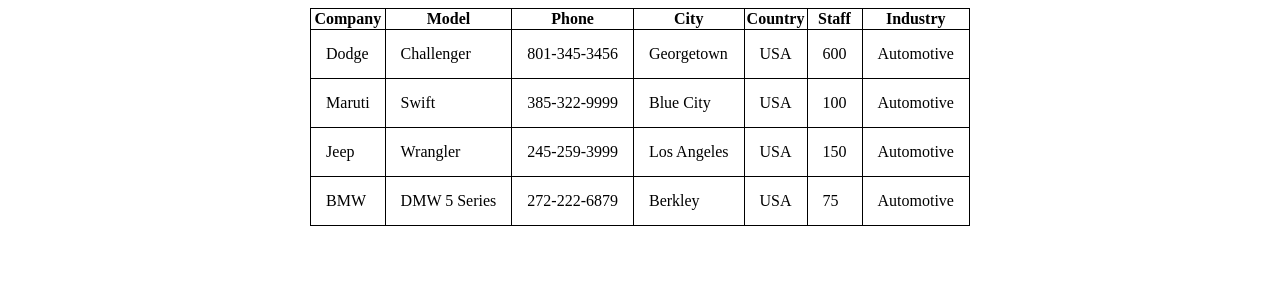
Repository: vgoins-RA2022/HTML-2
Page: index.html
The author's editor kept a copy of each file at every save. The page is drawn from the files as they stood at one save, then again after the next save.
The browser window is 1280 px wide. The pictures show the whole page.

Above is the page before, as saved 2023-01-21 22:38:26.

After the next save:
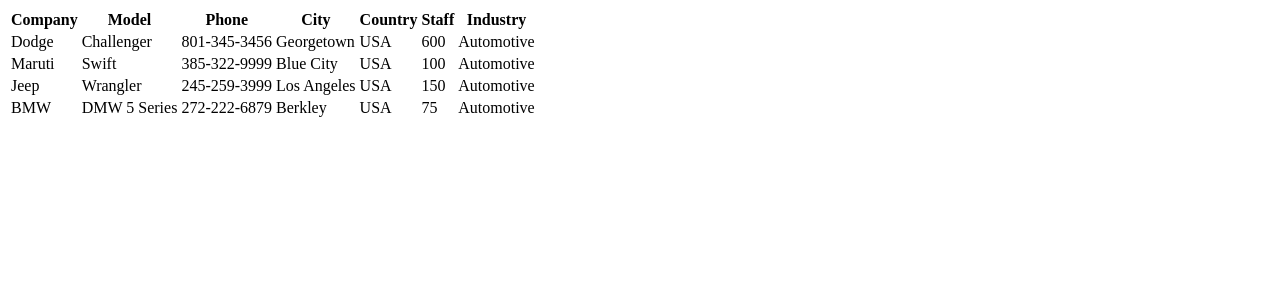
Not found: .src/css/Style.css
Saved 21 days later.
--- a/index.html
+++ b/index.html
@@ -4,7 +4,7 @@
 <head>
   <meta charset="UTF-8">
   <meta name="viewport" content="width=device-width, initial-scale=1">
-  <link rel="stylesheet" href="../HTML-2/src/css/Style.css" type="text/css">
+  <link rel="stylesheet" href=".src/css/Style.css" type="text/css">
   <title>HTML Table Assignment 2</title>
 </head>
 

After the save that followed:
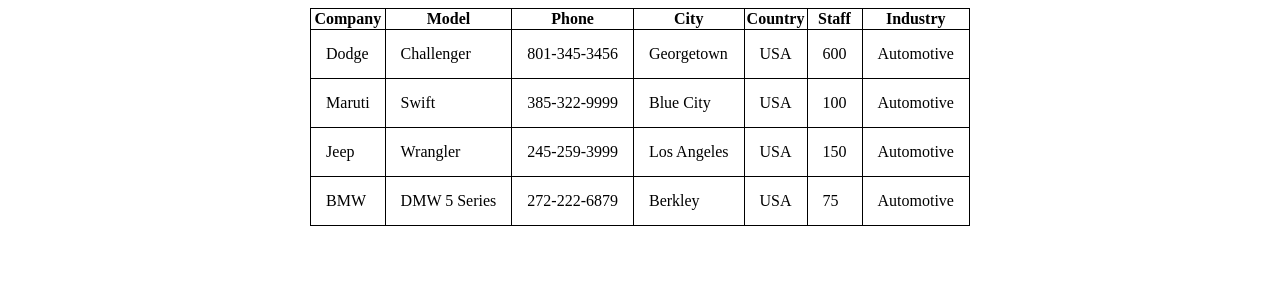
Saved 29 s later.
--- a/index.html
+++ b/index.html
@@ -4,7 +4,7 @@
 <head>
   <meta charset="UTF-8">
   <meta name="viewport" content="width=device-width, initial-scale=1">
-  <link rel="stylesheet" href=".src/css/Style.css" type="text/css">
+  <link rel="stylesheet" href="src/css/Style.css" type="text/css">
   <title>HTML Table Assignment 2</title>
 </head>
 
